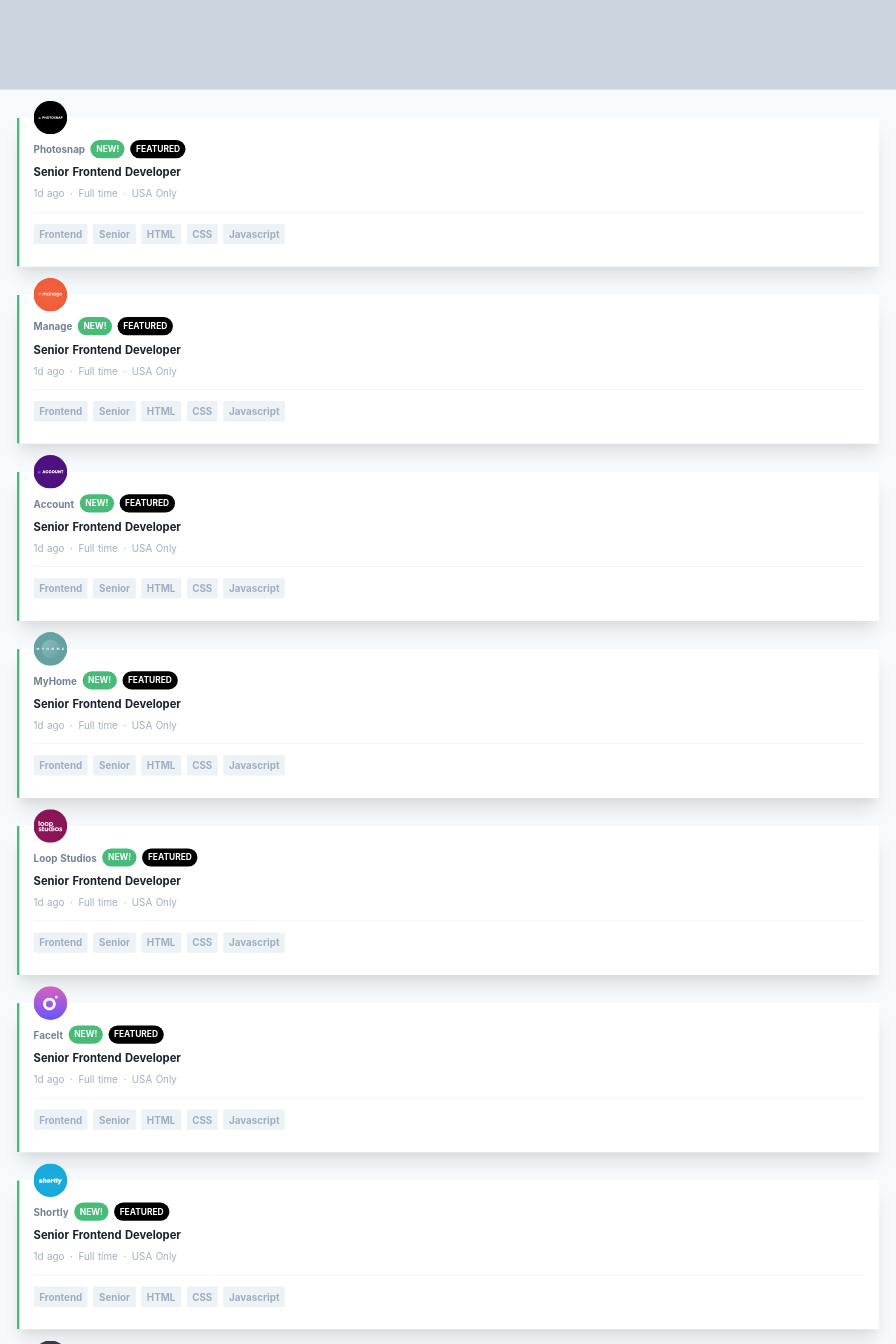
Repository: asongdon/frontendmentor-joblisting
Page: /
An editor plug-in stored every save of this project. The page is shown before and after the next save, followed by the edit.
The browser window is 1280 px wide. The pictures show the part of the page from y = 0 to 1920 px (the page is 2658 px tall), at 70% of full size.
The project was rebuilt for these pictures with package versions that can differ from the ones it lists, and the page was loaded fresh each time. The framework's server and built-in components were replaced by stand-ins that run in the browser. Also part of the build but not shown: nuxt.config.js.

Above is the page before, as saved 2020-04-12 21:29:50.

After the next save:
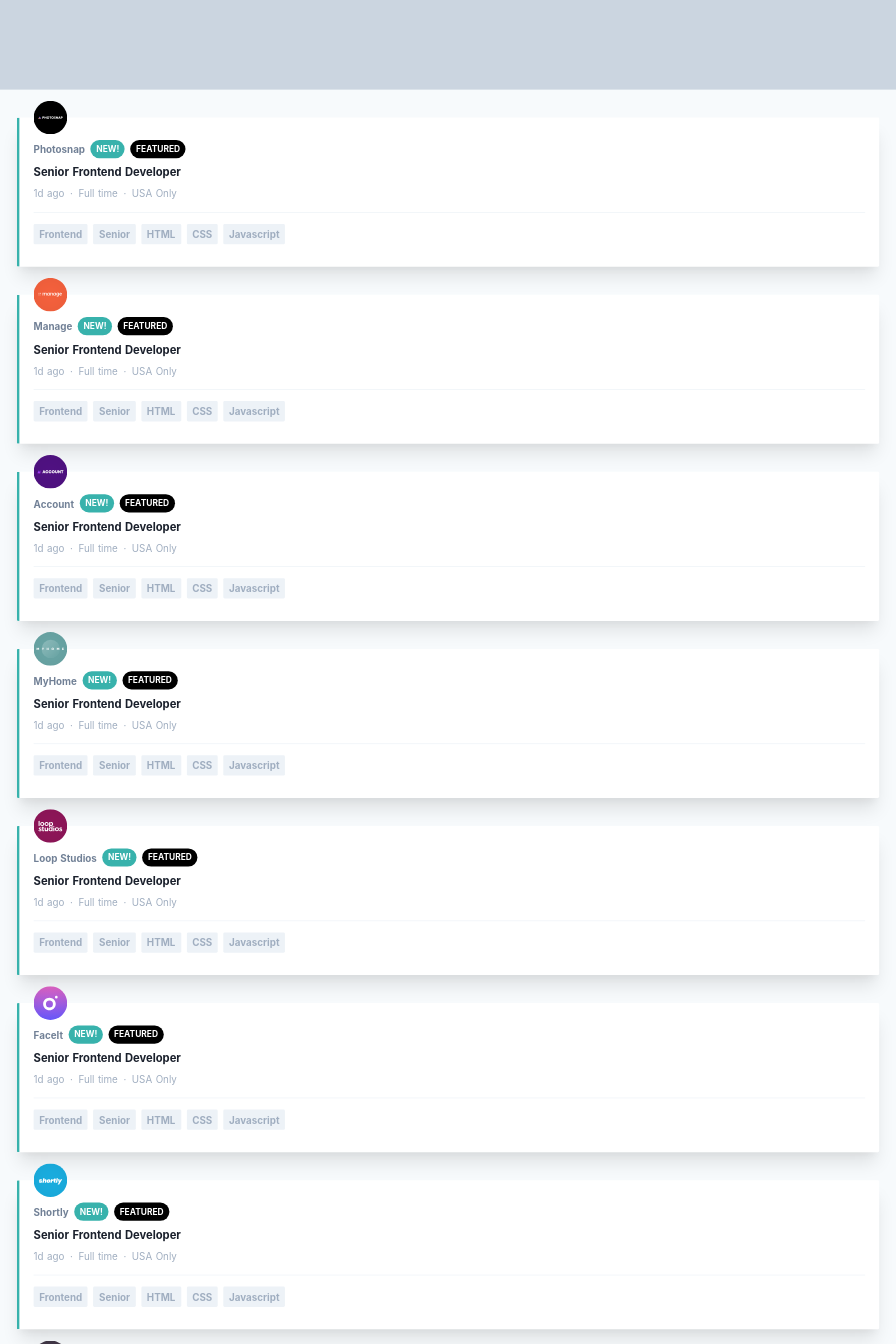
Saved 107 s later.
--- a/components/Maincard.vue
+++ b/components/Maincard.vue
@@ -1,6 +1,6 @@
 <template>
   <div
-    class="flex flex-col flex-no-wrap rounded-sm px-5 border-l-4 border-green-500 bg-white shadow-xl pb-4 mb-10"
+    class="flex flex-col flex-no-wrap rounded-sm px-5 border-l-4 border-teal-500 bg-white shadow-xl pb-4 mb-10"
   >
     <div class="-mt-6 mb-2">
       <img class="w-12" :src="'/logos/' + logo" alt="" />
@@ -10,7 +10,7 @@
       <div class="text-sm font-bold text-gray-600">{{ company }}</div>
       <div class="flex text-xs font-bold">
         <div
-          class=" bg-green-500 text-white rounded-full px-2 py-1 uppercase ml-2"
+          class=" bg-teal-500 text-white rounded-full px-2 py-1 uppercase ml-2"
         >
           New!
         </div>
